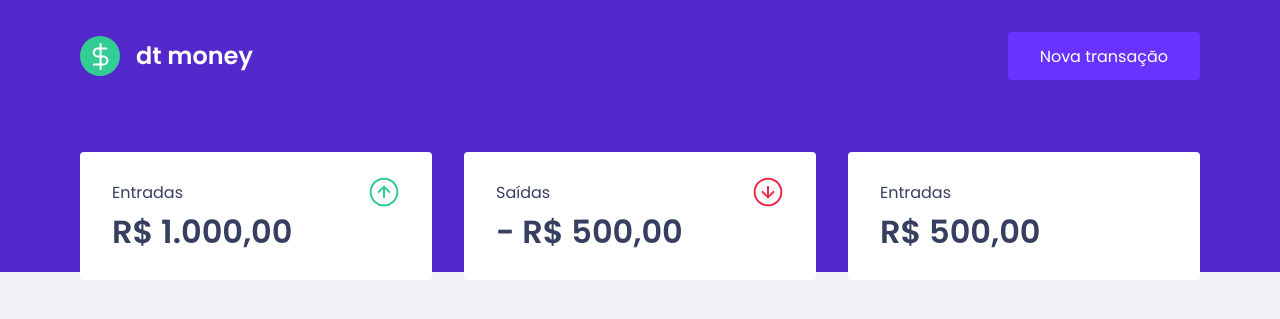
Repository: lucaslopesdevv/dtmoney
Page: /
The author's editor kept a copy of each file at every save. The page is drawn from the files as they stood at one save, then again after the next save.
The browser window is 1280 px wide. The pictures show the whole page.
The project was rebuilt for these pictures with package versions that can differ from the ones it lists, and the page was loaded fresh each time.

Above is the page before, as saved 2021-12-06 21:17:47.

After the next save:
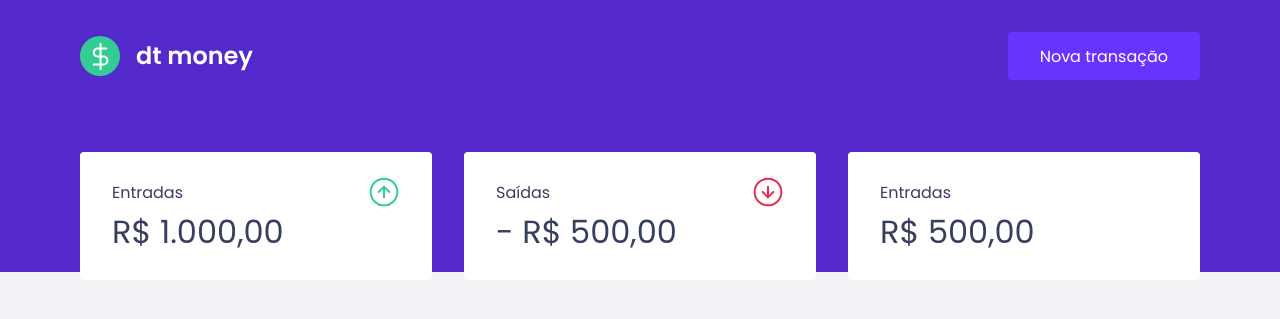
Saved 26 s later.
--- a/src/components/Summary/styles.ts
+++ b/src/components/Summary/styles.ts
@@ -22,7 +22,7 @@ export const Container = styled.div`
     strong {
         margin-top: 1rem;
         font-size: 2rem;
-        font-weight: nmormal;
+        font-weight: 500;
         line-height: 3rem;
     }
 `;
